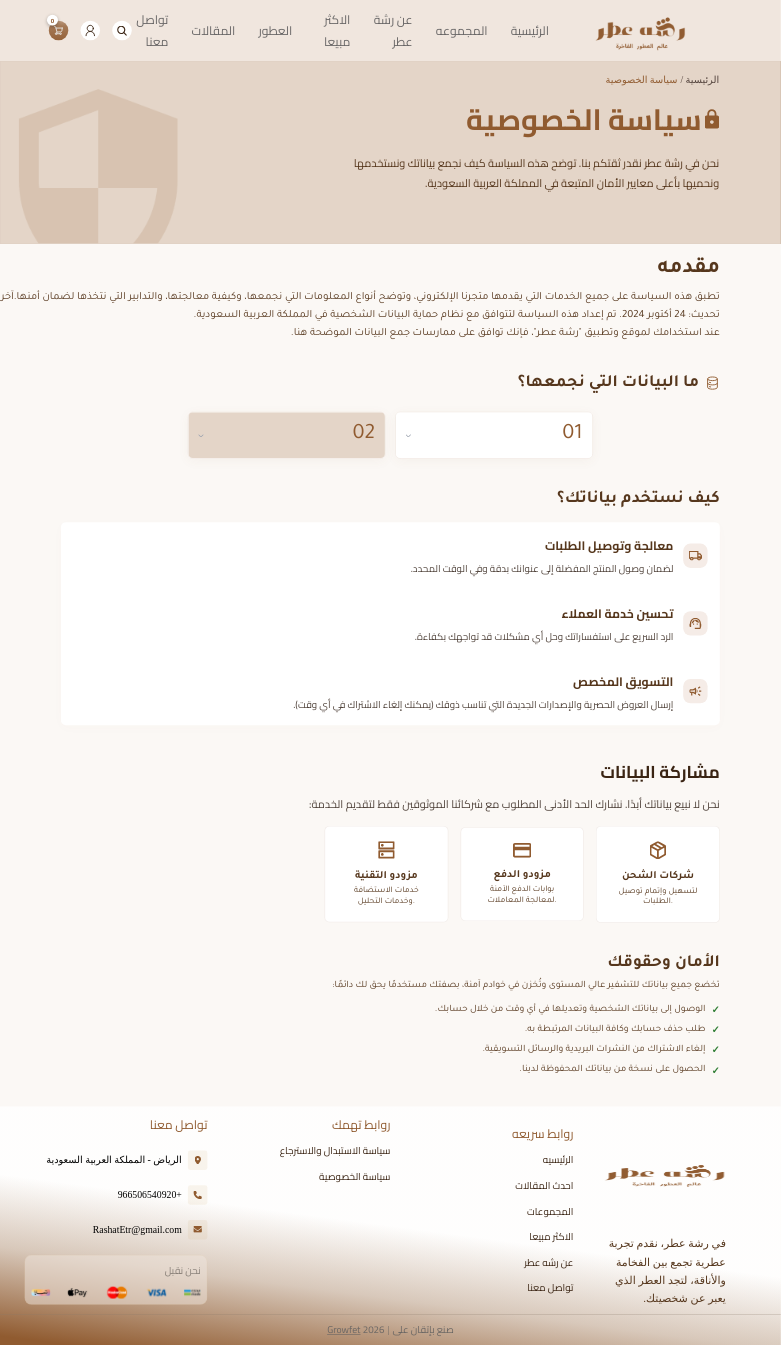
Repository: mahmoudesh74/rashet-3tr
Page: /PrivacyPolicyPage
The author's editor kept a copy of each file at every save. The page is drawn from the files as they stood at one save, then again after the next save.
The browser window is 1280 px wide. The pictures show the whole page, at 61% of full size.
Some web fonts or font styles are not loaded; a fallback is used. The project was rebuilt for these pictures with package versions that can differ from the ones it lists, and the page was loaded fresh each time. Also part of the build but not shown: vite.config.js, src/App.css, src/components/HeaderSection/Header.css, src/components/HeaderSection/Header.jsx, src/components/GroupSection/GroupSection.css, src/components/GroupSection/GroupSection.jsx, src/components/AboutSection/AboutSection.css, src/components/AboutSection/AboutSection.jsx and 17 more. Imported but missing from the stored project, and not drawn on this page: src/assets/vedio.mp4.

Above is the page before, as saved 2026-09-23 13:56:39.

### index.html
<!doctype html>
<html lang="ar" dir="rtl">
  <head>
    <meta charset="UTF-8" />
    <link rel="icon" type="image/svg+xml" href="/favicon.svg" />
    <meta name="viewport" content="width=device-width, initial-scale=1.0" />
    <title>rashet-3tr</title>
    <link rel="preconnect" href="https://fonts.googleapis.com">
<link rel="preconnect" href="https://fonts.gstatic.com" crossorigin>
<link href="https://fonts.googleapis.com/css2?family=Be+Vietnam+Pro:ital,wght@0,100;0,200;0,300;0,400;0,500;0,600;0,700;0,800;0,900;1,100;1,200;1,300;1,400;1,500;1,600;1,700;1,800;1,900&family=Cairo:wght@200..1000&family=IBM+Plex+Sans:ital,wght@0,100..700;1,100..700&family=Kameron:wght@400..700&family=Noto+Rashi+Hebrew:wght@100..900&family=Plus+Jakarta+Sans:ital,wght@0,200..800;1,200..800&family=Roboto:ital,wght@0,100..900;1,100..900&family=Tajawal:wght@200;300;400;500;700;800;900&display=swap" rel="stylesheet">
    <link rel="preconnect" href="https://fonts.googleapis.com">
<link rel="preconnect" href="https://fonts.gstatic.com" crossorigin>
<link href="https://fonts.googleapis.com/css2?family=Be+Vietnam+Pro:ital,wght@0,100;0,200;0,300;0,400;0,500;0,600;0,700;0,800;0,900;1,100;1,200;1,300;1,400;1,500;1,600;1,700;1,800;1,900&family=Cairo:wght@200..1000&family=IBM+Plex+Sans:ital,wght@0,100..700;1,100..700&family=Kameron:wght@400..700&family=Noto+Rashi+Hebrew:wght@100..900&family=Plus+Jakarta+Sans:ital,wght@0,200..800;1,200..800&display=swap" rel="stylesheet">
    <link rel="preconnect" href="https://fonts.googleapis.com">
<link rel="preconnect" href="https://fonts.gstatic.com" crossorigin>
<link href="https://fonts.googleapis.com/css2?family=Be+Vietnam+Pro:ital,wght@0,100;0,200;0,300;0,400;0,500;0,600;0,700;0,800;0,900;1,100;1,200;1,300;1,400;1,500;1,600;1,700;1,800;1,900&family=Cairo:wght@200..1000&family=IBM+Plex+Sans:ital,wght@0,100..700;1,100..700&family=Kameron:wght@400..700&display=swap" rel="stylesheet">
 <link rel="preconnect" href="https://fonts.googleapis.com">
<link rel="preconnect" href="https://fonts.gstatic.com" crossorigin>
<link href="https://fonts.googleapis.com/css2?family=Be+Vietnam+Pro:ital,wght@0,100;0,200;0,300;0,400;0,500;0,600;0,700;0,800;0,900;1,100;1,200;1,300;1,400;1,500;1,600;1,700;1,800;1,900&family=Cairo:wght@200..1000&family=IBM+Plex+Sans:ital,wght@0,100..700;1,100..700&family=Kameron:wght@400..700&family=Plus+Jakarta+Sans:ital,wght@0,200..800;1,200..800&display=swap" rel="stylesheet">
</head>
  <body>
    <div id="root"></div>
    <script type="module" src="/src/main.jsx"></script>
  </body>
</html>

### src/main.jsx
import React from "react";
import ReactDOM from "react-dom/client";
import { BrowserRouter } from "react-router-dom";
import App from "./App.jsx";

ReactDOM.createRoot(document.getElementById("root")).render(
  <React.StrictMode>
    <BrowserRouter>
      <App />
    </BrowserRouter>
  </React.StrictMode>
);

### src/App.jsx
import "./App.css";
import HomePage from "./pages/HomePage/homePag";
import NavBar from "./components/NavBar/NavBar";
import Footer from "./components/Footer/Footer";
import { Routes, Route } from "react-router-dom";
import GroupPage from "./pages/GroupPage/GroupPage";
import GroupCatalog from "./pages/groupCatalog/groupCatalog";
import AboutRashetEtr from "./pages/AboutRashetEtr/AboutRashetEtr";
import PrivacyPolicyPage from "./pages/PrivacyPolicy/privacyPolicy"
function App() {
  return (
    <>
      <NavBar />

      <Routes>
        <Route path="/" element={<HomePage />} />
        <Route path="/GroupPage" element={<GroupPage />} />
        <Route path="/GroupCatalog/:id" element={<GroupCatalog />} />
        <Route path="/AboutRashetEtr" element={<AboutRashetEtr />} />
        <Route path="/PrivacyPolicyPage" element={<PrivacyPolicyPage />} />

      </Routes>

      <Footer />
    </>
  );
}

export default App;

### src/components/NavBar/NavBar.jsx
import { useState } from "react";
import styles from "./NavBar.module.css";
import LogoImage from "../../assets/logo-rashet-3tr.png";
import SearchIcon from "../../assets/search.svg";
import profileIcon from "../../assets/user.svg";
import cartIcon from "../../assets/cart.svg";
import Modal from "../../components/Model/Modal";
import LoginForm from "../../pages/LoginPage/LoginPage";
import { Link, useLocation, useNavigate } from "react-router-dom";

const links = [
  { label: "الرئيسية", to: "/" },
  { label: "المجموعه", section: "groups" },
  { label: "عن رشة عطر", to: "/AboutRashetEtr" },
  { label: "الاكثر مبيعا", section: "bestSeller" },
  { label: "العطور", section: "perfumes" },
  { label: "المقالات", section: "articles" },
  { label: "تواصل معنا", section: "contactUs" },
];

export default function Navbar() {
  const [isLoginOpen, setIsLoginOpen] = useState(false);

  const navigate = useNavigate();
  const location = useLocation();

  const handleSectionClick = (e, sectionId) => {
    e.preventDefault();

    if (location.pathname === "/") {
      const section = document.getElementById(sectionId);

      if (section) {
        section.scrollIntoView({
          behavior: "smooth",
          block: "start",
        });
      }
    } else {
      navigate(`/?scroll=${sectionId}`);
    }
  };

  return (
    <>
      <nav dir="rtl" className={styles.navbar}>
        <div className={styles.container}>

          <img
            src={LogoImage}
            alt="LogoImage"
            className={styles.logoImage}
          />

          <ul className={styles.links}>
            {links.map((link) => (
              <li key={link.label}>

                {link.section ? (
                  <Link
                    to={`/#${link.section}`}
                    onClick={(e) =>
                      handleSectionClick(e, link.section)
                    }
                    className={styles.link}
                  >
                    {link.label}
                  </Link>
                ) : (
                  <Link
                    to={link.to}
                    className={styles.link}
                  >
                    {link.label}
                  </Link>
                )}

              </li>
            ))}
          </ul>

          <div className={styles.icons}>

            <div className={styles.search}>
              <img src={SearchIcon} alt="بحث" />
            </div>

            <div
              className={styles.profile}
              onClick={() => setIsLoginOpen(true)}
              style={{ cursor: "pointer" }}
            >
              <img src={profileIcon} alt="مستخدم" />
            </div>

            <div className={styles.cart}>
              <img src={cartIcon} alt="سلة" />
              <span className={styles.cartCount}>0</span>
            </div>

          </div>
        </div>
      </nav>

      <Modal
        isOpen={isLoginOpen}
        onClose={() => setIsLoginOpen(false)}
      >
        <LoginForm onClose={() => setIsLoginOpen(false)} />
      </Modal>
    </>
  );
}

### src/pages/HomePage/homePage.css
*{
  padding: 0;
  margin: 0;
}
.HomePageHader {
  position: relative;
  width: 100%;
  height: 750px;

}

.HeaderBgVideo {
  position: absolute;
  top: 50%;
  left: 50%;
  min-width: 100%;
  min-height: 100%;
  width: auto;
  height: auto;
  transform: translate(-50%, -50%);
  object-fit: cover;
  z-index: -1;
}

.HeaderContent {
  position: relative;
  z-index: 1;
}

### src/components/NavBar/NavBar.module.css
.navbar {
  width: 100%;
  background-color:  #EFE4DBE5;
  height: 100px;

  position: absolute;
  top: 0;
  right: 0;
  left: 0;
  z-index: 100;
}

.container {
  height: 100px;
  display: flex;
  align-items: center;
  justify-content: space-evenly;
  padding-top: 16px;
  padding-bottom: 16px;
  padding-left: 80px;
  padding-right: 80px;
}
.logoImage {
  width: auto;
  height: 300px;
  object-fit: contain;
  scale: crop;
}

.links {
  align-items: center;
  gap: 38px;
  list-style: none;
  margin: 0;
  padding: 0;
}

@media (min-width: 768px) {
  .links {
    display: flex;
  }
}

.link {
  font-size: 20px;
  color: #696767;
  text-decoration: none;
  padding-bottom: 4px;
  font-family: "cairo";
  font-weight: 400;
}



.icons {
  display: flex;
  align-items: center;
  gap: 20px;
  flex-shrink: 0;
}
.search {
  display: flex;
  align-items: center;
  width: 32px;
  height: 32px;
  border-radius: 50%;
  background-color: #FFFFFF;
  justify-content: center;
  cursor: pointer;
}
.profile {
  cursor: pointer;
  display: flex;
  align-items: center;
  width: 32px;
  height: 32px;
  border-radius: 50%;
  background-color: #FFFFFF;
  justify-content: center;
}

.cart {
  position: relative;
  cursor: pointer;
  display: flex;
  align-items: center;
  justify-content: center;
  width: 32px;
  height: 32px;
  border-radius: 50%;
  background: linear-gradient(
    180deg,
    #ba987c 0%,
    #a57956 27.68%,
    #905B30 125.82%
  );
}

.cartCount {
  position: absolute;
  top: -10px;
  left: -3px;
  width: 18px;
  height: 18px;
  display: flex;
  align-items: center;
  justify-content: center;
  border-radius: 50%;
  background: #fff;
  color: #905B30;
  font-size: 10px;
  font-weight: 700;
  font-family: "cairo";
  box-shadow: 0 2px 6px #0000004d;
}
.link {
  position: relative;
  text-decoration: none;
}

.link::after {
  content: "";
  position: absolute;
  bottom: -8px;
  left: 0;
  width: 0;
  height: 3px;
  background-color: #905B30;
  transition: width 0.3s ease;
}

.link:hover::after {
  width: 100%;
}



@media (max-width: 1024px) {
  .navbar,
  .container {
    height: 90px;
  }
  .logoImage {
    height: 220px;
  }
  .links {
    gap: 22px;
  }
  .link {
    font-size: 16px;
  }
}

@media (max-width: 767px) {
  .navbar,
  .container {
    height: 70px;
  }
  .logoImage {
    height: 160px;
  }
  .icons {
    gap: 14px;
  }
  .search,
  .profile,
  .cart {
    width: 28px;
    height: 28px;
  }
}

@media (max-width: 480px) {
  .navbar,
  .container {
    height: 60px;
  }
  .logoImage {
    height: 120px;
  }
}

### src/components/Footer/Footer.css
.Footer {
  width: 100%;
  height: auto;
  background: linear-gradient(7.52deg, #905B30 2.66%, rgba(178, 147, 120, 0.5) 28.7%, rgba(212, 203, 192, 0) 50%),
    linear-gradient(0deg, rgba(251, 248, 245, 0.2), rgba(251, 248, 245, 0.2));
}
.row {
  width: 100%;
  display: flex;
  padding: 10px 40px 10px 40px;
}
.LogoContainer {
  display: flex;
  width: 25%;
  flex-direction: column;
  align-items: center;
  justify-content: center;
}
.LogoContainer img {
  width: 400px;
  height: 200px;
}
.LogoContainer p {
  max-width: 200px;
  font-family: "Cairo0";
  font-size: 18px;
  font-weight: 400;
  color: #56371D;
  line-height: 30px;
}
.LinksContainer {
  width: 25%;
  gap: 10px;
  display: flex;
  flex-direction: column;

  justify-content: center;
}
.LinksContainer h3 {
  font-size: 20px;
  font-weight: 400;
  font-family: "Cairo";
  color: #905B30;
}
.LinksContainer a {
  font-size: 16px;
  font-weight: 400;
  color: #3a2413;
  font-family: "Cairo";
  text-decoration: none;
}
.ownLinks {
  width: 25%;
  gap: 10px;
  display: flex;
  flex-direction: column;

}
.ownLinks h3 {
  font-size: 20px;
  font-weight: 400;
  font-family: "Cairo";
  color: #905B30;
}
.ownLinks a {
  font-size: 16px;
  font-weight: 400;
  color: #3a2413;
  font-family: "Cairo";
  text-decoration: none;
}
.contactWithUs {
  width: 25%;
  gap: 25px;
  display: flex;
  flex-direction: column;

}
.contactWithUs h3 {
  font-size: 20px;
  font-weight: 400;
  font-family: "Cairo";
  color: #905B30;
}
.location {
  display: flex;
  align-items: center;
  gap: 10px;
}
.locationIcon {
  display: flex;
  align-items: center;
  justify-content: center;
  width: 32px;
  height: 32px;
  background-color: #C5A0591A;
  border-radius: 4px;
}
.phoneIcon {
  display: flex;
  align-items: center;
  justify-content: center;
  width: 32px;
  height: 32px;
  background-color: #C5A0591A;
  border-radius: 4px;
}


.linkItem {
  display: flex;
  flex-direction: column;
  align-items: flex-start;
  width: fit-content;
}

.FooterLine {
  height: 2px;
  width: 20px;
  background-color: #905B30;
  border-radius: 8px;


  opacity: 0;
  transform: scaleX(0);
  transform-origin: right;
  transition: opacity 0.2s ease, transform 0.2s ease;
}

.linkItem:hover .FooterLine {
  opacity: 1;
  transform: scaleX(1);
}
.makeby{
    align-items: center;
    justify-content: center;
    display: flex;
    border-top: 1px solid #8A7A6A80;

   padding: 10px 0 10px 0;
    gap: 5px;
    color: #6B6764;

}
.makeby p{
    font-size: 16px ;
    font-weight: 400;
    font-family: "Cairo";
    color: #6B6764;
}
.payed{
    height:82px;
    width: 100%;
    background-color: #EFE6DD80;
    border: 1px solid #C5A0591A;
    border-radius: 12px;

}
.payed p{
  margin: 0;
  padding: 10px;
    font-family: "Cairo";
    font-size: 16px;
    font-weight: 400;
    color: #2D292680;
}
.payrow {
    display: flex;
    justify-content: space-between;
    gap: 20px;
    padding: 0 10px 0 10px;
}

### src/pages/PrivacyPolicy/privacyPolicy.css
.privacyPolicyPage {
  margin-top: 100px;
 background-color: #FBF8F5;
  width: 100%;
}
.pageHeaderContent{
  position: relative;
  overflow: hidden;
    padding-right:100px ;
    padding-top: 20px;
    width:100%;
    height: 300px;
    display: flex;
    flex-direction: column;

   background: linear-gradient(0deg, #E4D5C8, #E4D5C8),
linear-gradient(90deg, #905B30 0%, #E4D5C8 58.24%);

border: 1px solid #D5C3B84D;
}
.headerShieldImg {
  position: absolute;
  left: 30px;
  bottom: 0;
  width: 260px;
  height: auto;
}
.privacyPolicyTitle {
  display: flex;
  color: #905B30;
  gap: 5px;
}
.privacyPolicyTitle p {
  color: #53433d;
}
.privacyPolicyHeader {

  gap: 5px;

}
.privacyPolicyHeader h1 {
  font-size: 48px;
  font-weight: 700;
  font-family: "Cairo";
  color: #905B30;
}
.privacyPolicyHeaderImg{
    padding-top: 10px;
    padding-bottom: 10px;
    display: flex;
    gap: 5px;

}
.privacyPolicyHeaderDes p{

font-family: "Cairo";
font-weight: 400;
font-size: 18px;
color: #56371D;
max-width: 600px;
}
.introSection{
    padding-top: 20PX;
    padding-right: 100px;
}
.introSection h2{
    font-family: "Tajawal";
font-weight: 700;
font-size: 36px;
color: #56371D;

    padding-bottom: 10px;
}
.introSection p{
    font-family: "Tajawal";
font-weight: 400;
font-size: 18px;
color: #56371D;
max-width: 1300px;
line-height: 29.25px;

}
.dataCollected{
    width: 100%;
    display: flex;
    padding-right:100px ;
    padding-top: 50px;
}
.Database{
      width: 100%;
    display: flex;
    align-items: center;

    gap: 10px;
}
.Database h2{
        font-family: "Tajawal";
font-weight: 700;
font-size: 28px;
color: #56371D;
}

.accordionSection {
  padding-right: 100px;
  padding-left: 100px;
  padding-top: 30px;
  display: flex;
 justify-content: center;
 align-items: center;
  gap: 16px;
}
.accordionItem {
  border: 1px solid #D5C3B84D;
  border-radius: 8px;
  overflow: hidden;
  width:30%;
  box-shadow: 0px 4px 20px 0px #8B5E3C0D;

}
.accordionHeader {
  display: flex;
  justify-content: space-between;
  width: 100%;
  align-items: center;
  gap: 12px;
  padding: 16px;
  background: #E4D5C8;
  cursor: pointer;
}
.accordionArrow {
  color: #905B30;
  font-size: 12px;
}
.accordionTitle {
  font-family: "Tajawal";
  font-weight: 700;
  font-size: 18px;
  color: #56371D;
  flex: 1;
}
.accordionNumber {
  font-family: "Tajawal";
  font-weight: 400;
  font-size: 36px;
  color: #905B30;
}
.accordionBody {
  padding: 16px;
  background: #fff;
}
.accordionBody p {
  font-family: "Tajawal";
  font-size: 16px;
  color: #56371D;
}

/* Usage section */
.usageSection {
  padding-right: 100px;
  padding-left: 100px;
  padding-top: 50px;
}
.usageSection h2 {
  font-family: "Tajawal";
  font-weight: 700;
  font-size: 28px;
  color: #56371D;
  padding-bottom: 20px;
}
.usageCards {
  display: flex;
  flex-direction: column;
 background-color: #FFFFFF;
  border-radius: 8px;
  overflow: hidden;
  box-shadow: 0px 4px 20px 0px #8B5E3C05;

}
.usageCard {
  display: flex;
  align-items: center;
  gap: 16px;
  padding: 20px;

}
.usageCard:last-child {
  border-bottom: none;
}
.usageCardIcon {
  align-items: center;
  justify-content: center;
  display: flex;
  border-radius: 12px;
  font-size: 24px;
  background-color: #F5ECE7;
  width:40px ;
  height: 40px;
}
.usageCardText h3 {
  font-family: "Cairo";
  font-weight: 700;
  font-size: 20px;
  color: #56371D;
  padding-bottom: 4px;
}
.usageCardText p {
  font-family: "Cairo";
  font-weight: 400;
  font-size: 16px;
  color: #51443C;
}

/* Sharing section */
.sharingSection {
  padding-right: 100px;
  padding-left: 100px;
  padding-top: 50px;
}
.sharingSection h2 {
  font-family: "Cairo";
  font-weight: 700;
  font-size: 28px;
  color: #3a2413;
  padding-bottom: 10px;
}
.sharingDesc {
  font-family: "Cairo";
  font-weight: 400;
  font-size: 18px;
  color: #51443C;
  padding-bottom: 20px;
}
.sharingSectionCards{
  width: 100%;
}
.sharingCards {
  width:60%;
  align-items: center;
  justify-content: center;
  direction: ltr;
  display: flex;
  gap: 20px;
}
.sharingCard {
  flex: 1;
  background: #fff;
  border: 1px solid #D5C3B84D;
  border-radius: 8px;
  padding: 24px;
  text-align: center;
}
.sharingCardIcon {
  font-size: 28px;
  margin-bottom: 10px;
}
.sharingCard h3 {
  font-family: "Tajawal";
  font-weight: 700;
  font-size: 18px;
  color: #56371D;
  padding-bottom: 6px;
}
.sharingCard p {
  font-family: "Tajawal";
  font-weight: 400;
  font-size: 14px;
  color: #56371D;
}

/* Rights section */
.rightsSection {
  padding-right: 100px;
  padding-left: 100px;
  padding-top: 50px;
  padding-bottom: 50px;
}
.rightsSection h2 {
  font-family: "Tajawal";
  font-weight: 700;
  font-size: 28px;
  color: #56371D;
  padding-bottom: 10px;
}
.rightsDesc {
  font-family: "Tajawal";
  font-weight: 400;
  font-size: 16px;
  color: #56371D;
  padding-bottom: 20px;
}
.rightsList {
  list-style: none;
  display: flex;
  flex-direction: column;
  gap: 14px;
}
.rightsList li {
  display: flex;
  align-items: center;
  gap: 10px;
}
.checkIcon {
  color: #2e7d32;
  font-weight: 700;
}
.rightsList li span:last-child {
  font-family: "Tajawal";
  font-weight: 400;
  font-size: 16px;
  color: #56371D;
}

Loaded but not shown: src/pages/PrivacyPolicy/privacyPolicy.jsx (202 lines, source omitted); src/components/Footer/Footer.jsx (169 lines, source omitted); src/pages/LoginPage/LoginPage.css (271 lines, source omitted)

After the next save:
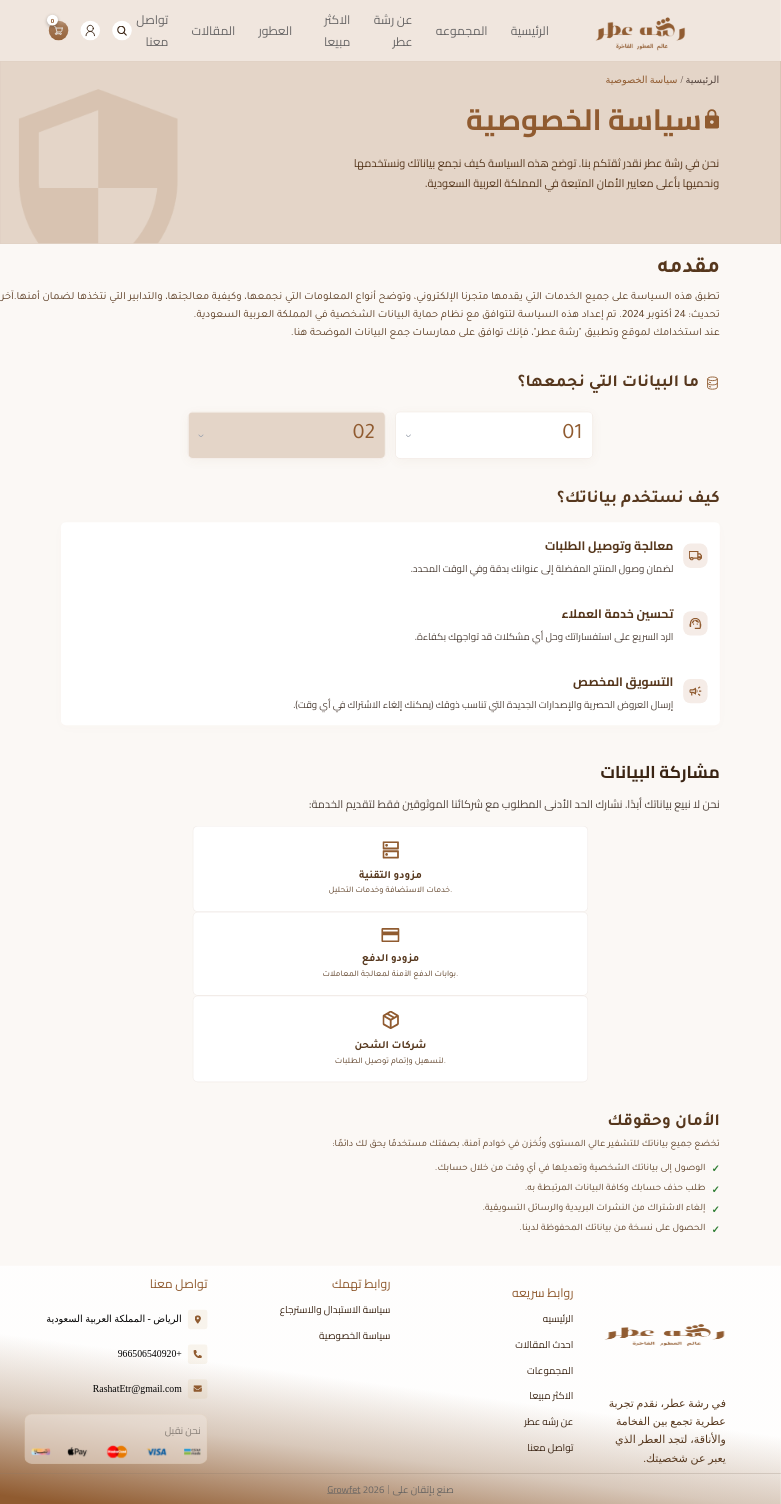
Saved 19 s later.
--- a/src/pages/PrivacyPolicy/privacyPolicy.css
+++ b/src/pages/PrivacyPolicy/privacyPolicy.css
@@ -232,13 +232,14 @@
 }
 .sharingSectionCards{
   width: 100%;
+   align-items: center;
+  justify-content: center;
+  direction: ltr;
+  display: flex;
 }
 .sharingCards {
   width:60%;
-  align-items: center;
-  justify-content: center;
-  direction: ltr;
-  display: flex;
+
   gap: 20px;
 }
 .sharingCard {

After the save that followed:
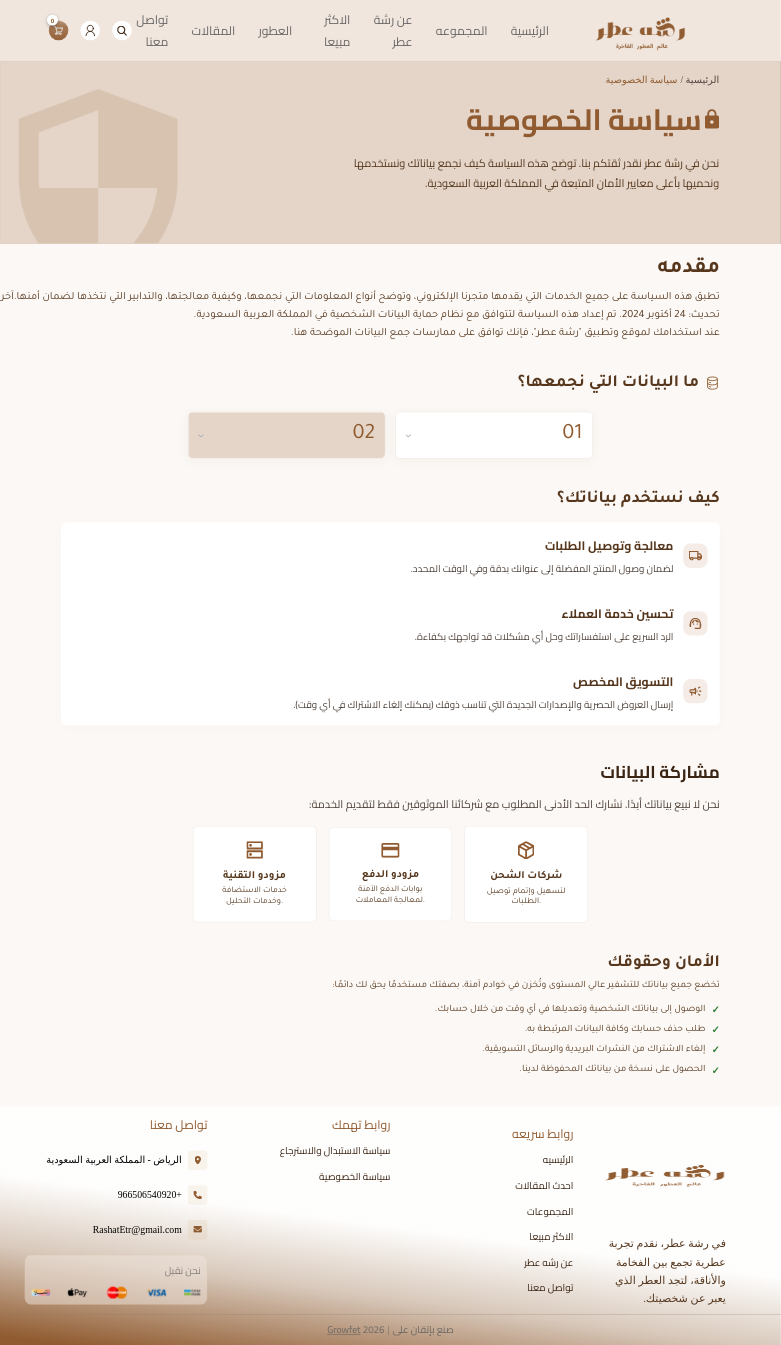
Saved 23 s later.
--- a/src/pages/PrivacyPolicy/privacyPolicy.css
+++ b/src/pages/PrivacyPolicy/privacyPolicy.css
@@ -234,12 +234,15 @@
   width: 100%;
    align-items: center;
   justify-content: center;
-  direction: ltr;
-  display: flex;
+  display: flex;
+
 }
 .sharingCards {
   width:60%;
-
+  align-items: center;
+  justify-content: center;
+  direction: ltr;
+  display: flex;
   gap: 20px;
 }
 .sharingCard {
